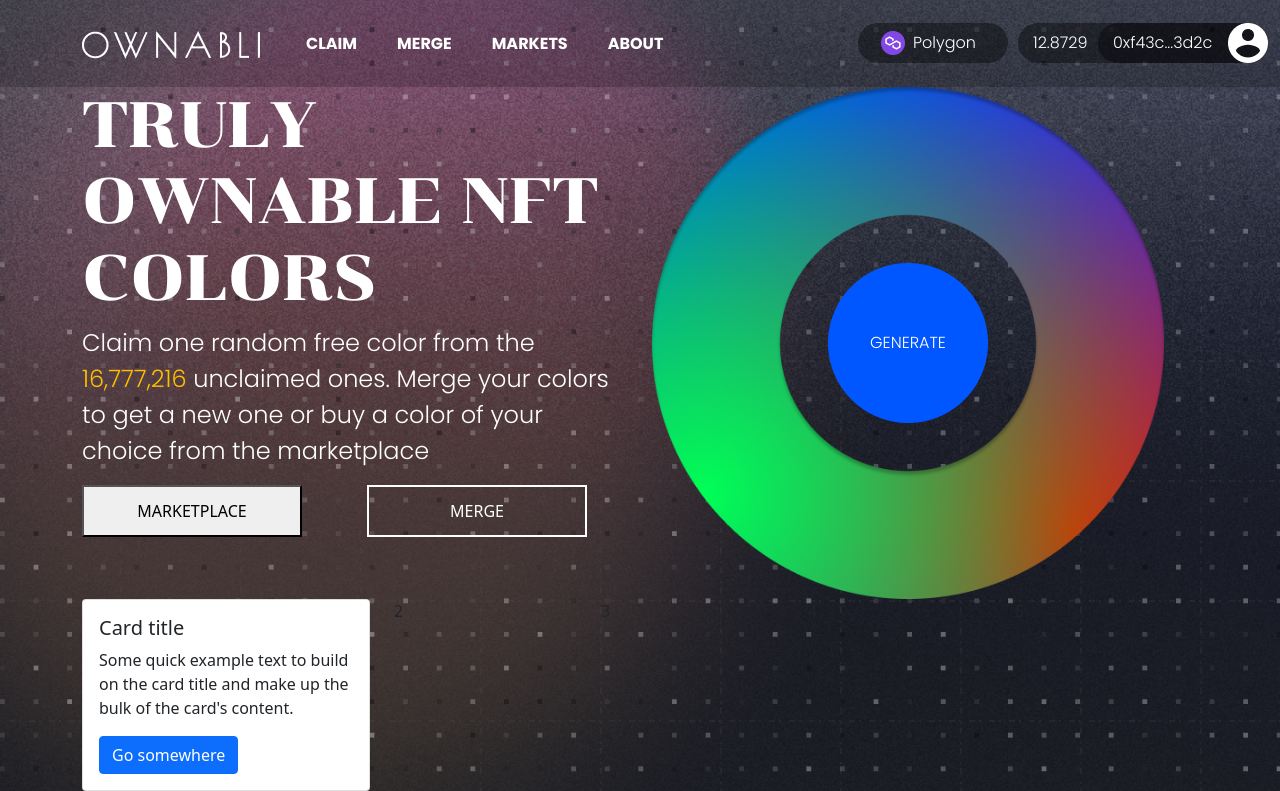
Repository: Rio-dapp/colors-nft
Page: website/index.html
An editor plug-in stored every save of this project. The page is shown before and after the next save, followed by the edit.
The browser window is 1280 px wide. The pictures show the whole page.

Above is the page before, as saved 2022-04-23 11:19:32.

After the next save:
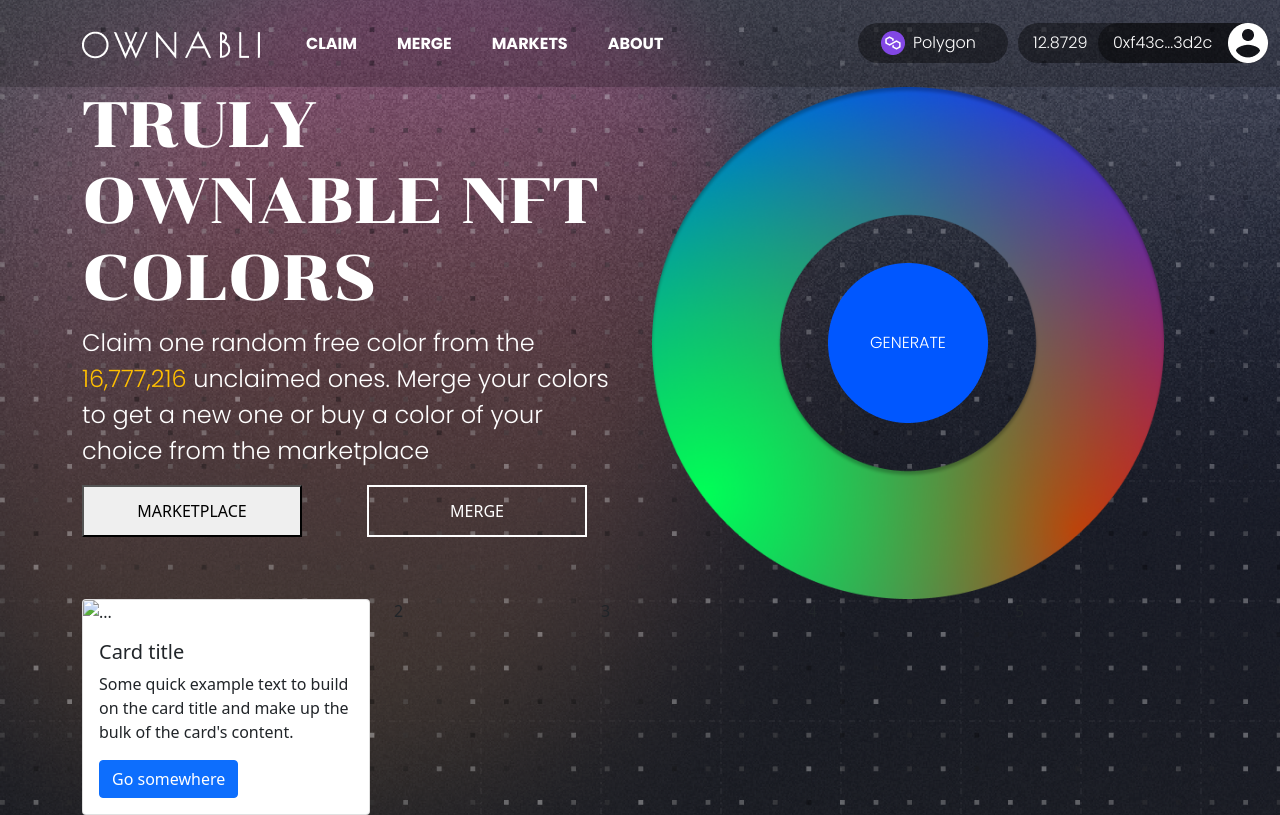
Not found: website/...
Saved 20 s later.
--- a/website/index.html
+++ b/website/index.html
@@ -97,7 +97,7 @@
         <div class="col">
           <div class="card" style="width: 18rem;">
             <div  class="card-img-top color-yellow" ></div>
-
+            <img src="..." class="card-img-top" alt="...">
             <div class="card-body">
               <h5 class="card-title">Card title</h5>
               <p class="card-text">Some quick example text to build on the card title and make up the bulk of the card's content.</p>

After the save that followed:
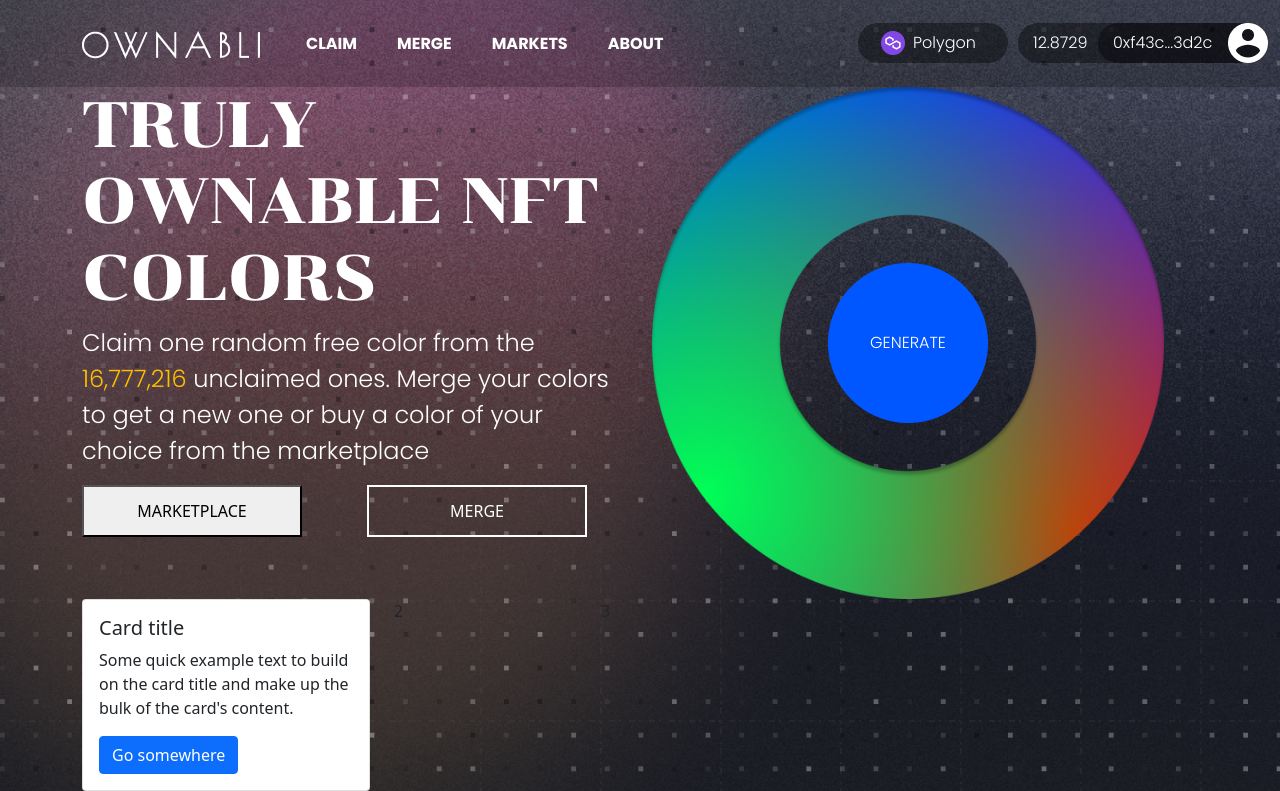
Saved 48 s later.
--- a/website/index.html
+++ b/website/index.html
@@ -96,8 +96,8 @@
       <div class="row">
         <div class="col">
           <div class="card" style="width: 18rem;">
-            <div  class="card-img-top color-yellow" ></div>
-            <img src="..." class="card-img-top" alt="...">
+            <div  class="card-img-top color-yellow color-image"></div>
+
             <div class="card-body">
               <h5 class="card-title">Card title</h5>
               <p class="card-text">Some quick example text to build on the card title and make up the bulk of the card's content.</p>
